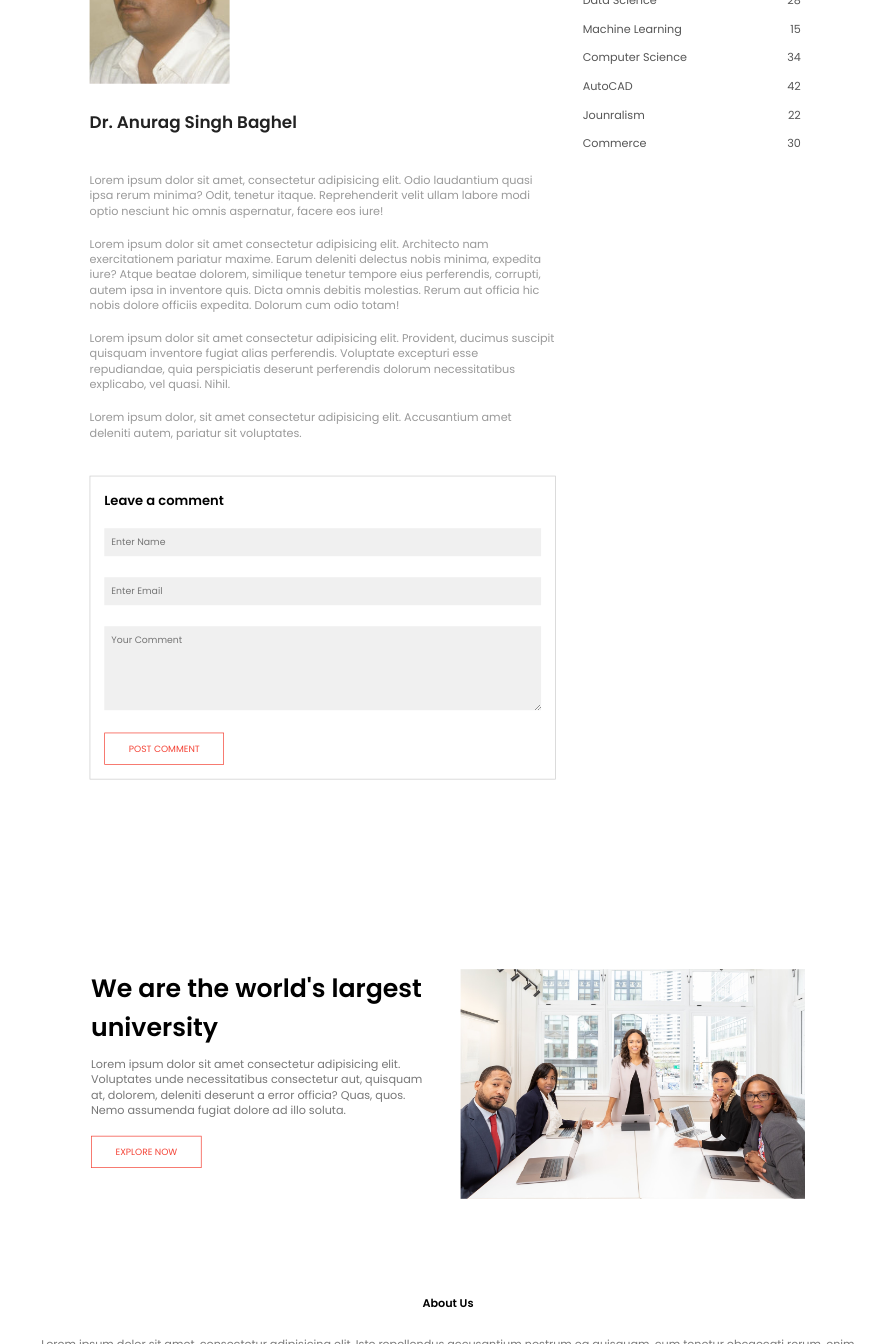
Repository: xoshiraghavx/Gbu-faculty
Page: 6th trail.html
An editor plug-in stored every save of this project. The page is shown before and after the next save, followed by the edit.
The browser window is 1280 px wide. The pictures show the part of the page from y = 602 to 2522 px (the page is 2689 px tall before and 2711 px after), at 70% of full size.

Above is the page before, as saved 2023-08-12 02:02:35.

After the next save:
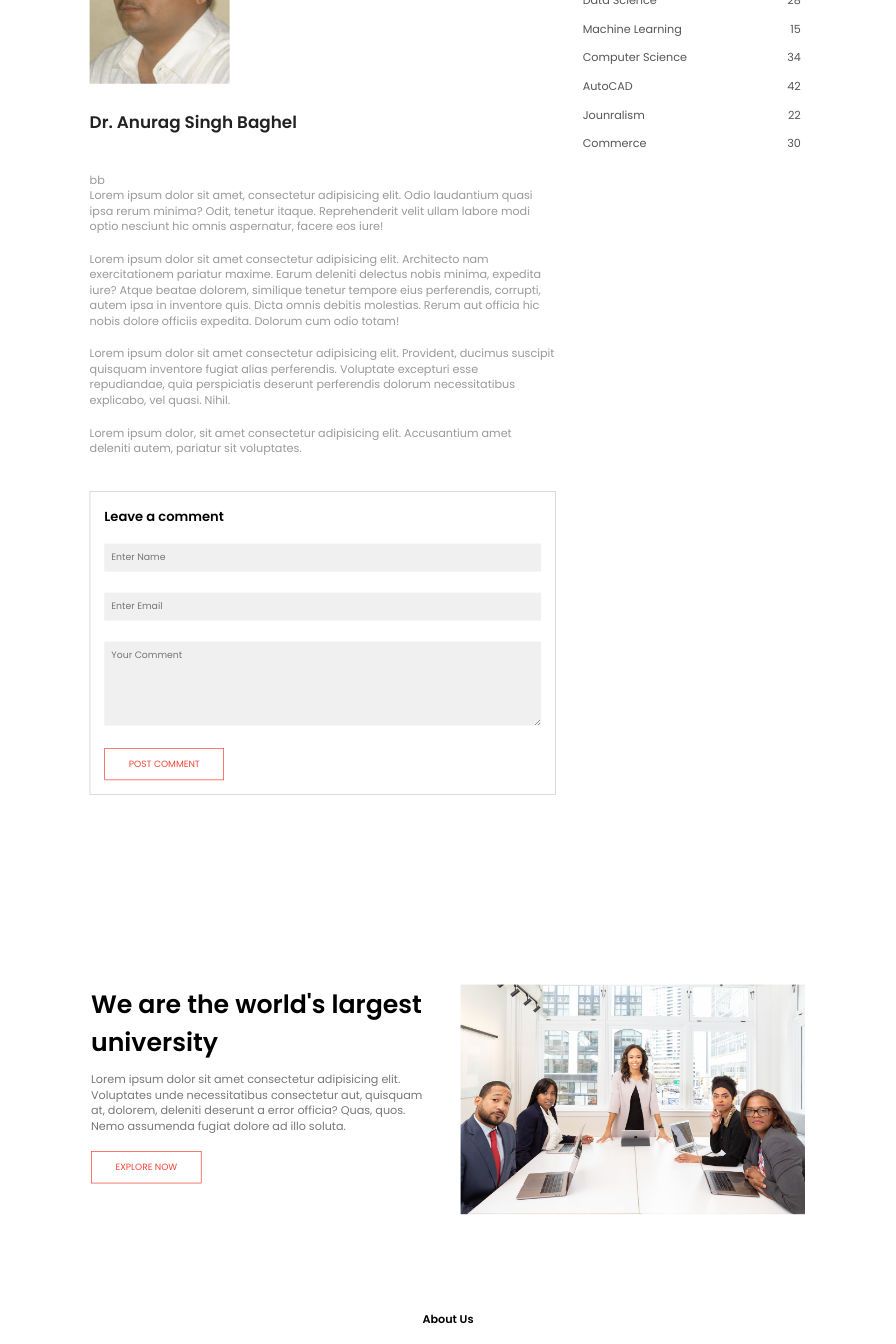
Saved 4 s later.
--- a/6th trail.html
+++ b/6th trail.html
@@ -31,7 +31,7 @@
         <div class="row">
             <div class="blog-left">
                 <img src="../img/asb.jpg" alt="">
-                <span><h2>Dr. Anurag Singh Baghel</h2><br><p></p></span>
+                <span><h2>Dr. Anurag Singh Baghel</h2><br><p>bb</p></span>
 
                 <p>Lorem ipsum dolor sit amet, consectetur adipisicing elit. Odio laudantium quasi ipsa rerum minima? Odit, tenetur itaque. Reprehenderit velit ullam labore modi optio nesciunt hic omnis aspernatur, facere eos iure!</p>
                 <br>
